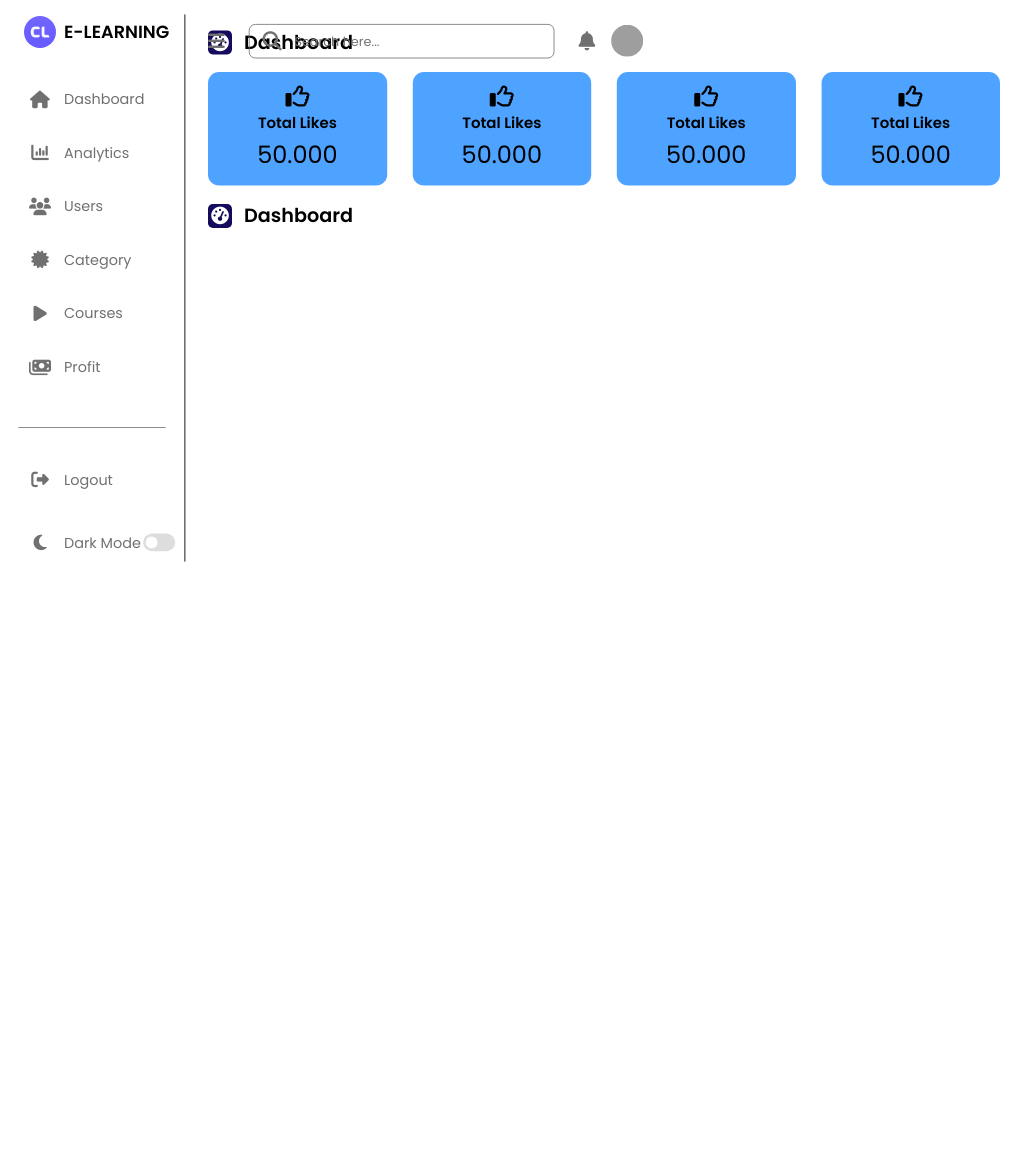
Repository: phamngocthang/practice-html-css
Page: Admin/dist/index.html
These files come from the project's save history. The page is drawn as it stood at one moment and after the next save; the edit follows.
The browser window is 1280 px wide. The pictures show the whole page, at 80% of full size.
Pictures or frames that could not be fetched are drawn as grey boxes. The style sheet was rebuilt from its Sass, Less or Tailwind sources for each picture, by a compiler version that may differ from the author's.

Above is the page before, as saved 2023-10-25 14:24:29.

After the next save:
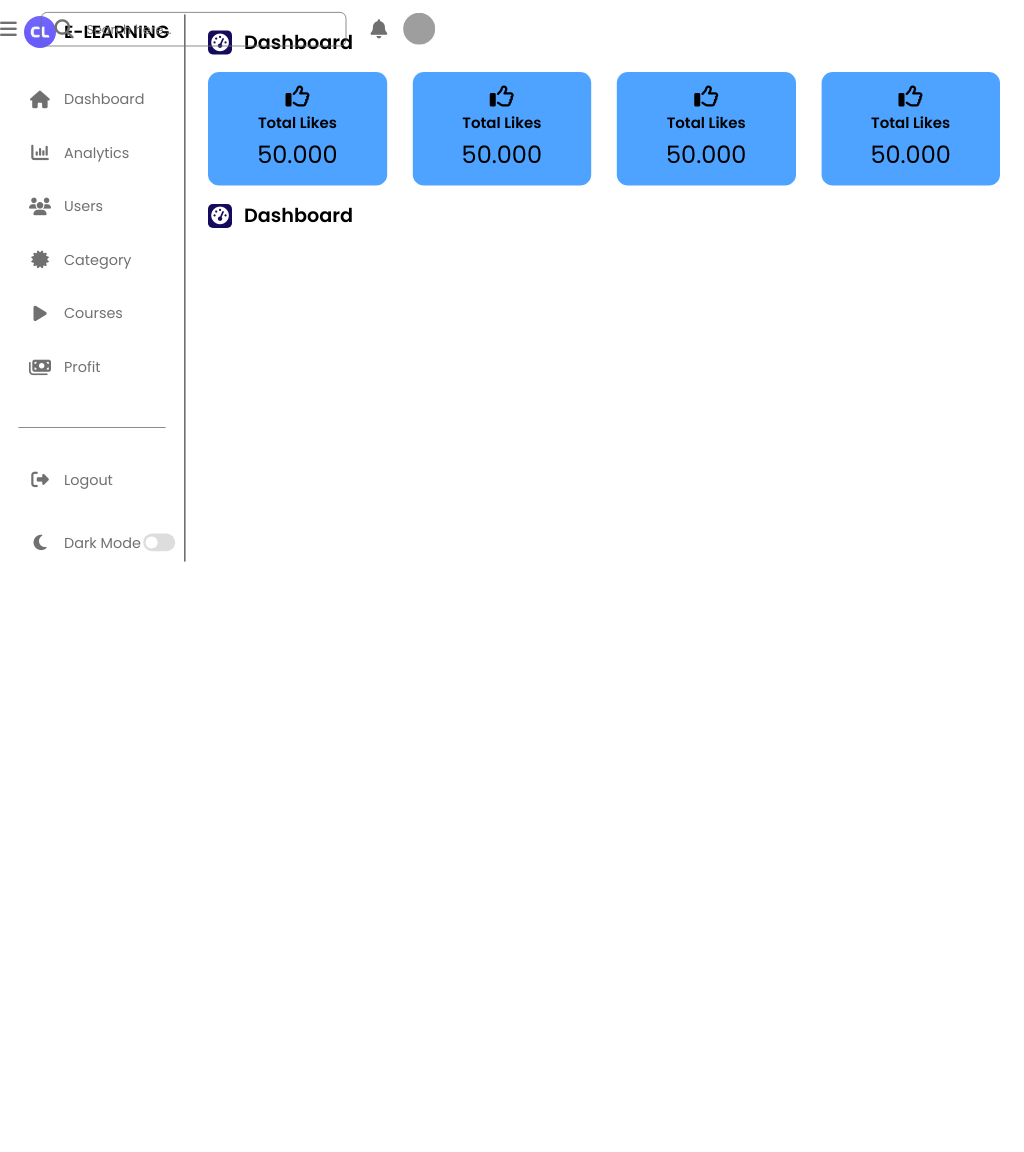
Saved 7 s later.
--- a/Admin/scss/main.scss
+++ b/Admin/scss/main.scss
@@ -231,6 +231,8 @@
 
     .top {
         position: fixed;
+        top: 0;
+        left: 0;
         height: 10%;
         display: flex;
         align-items: center;

After the save that followed:
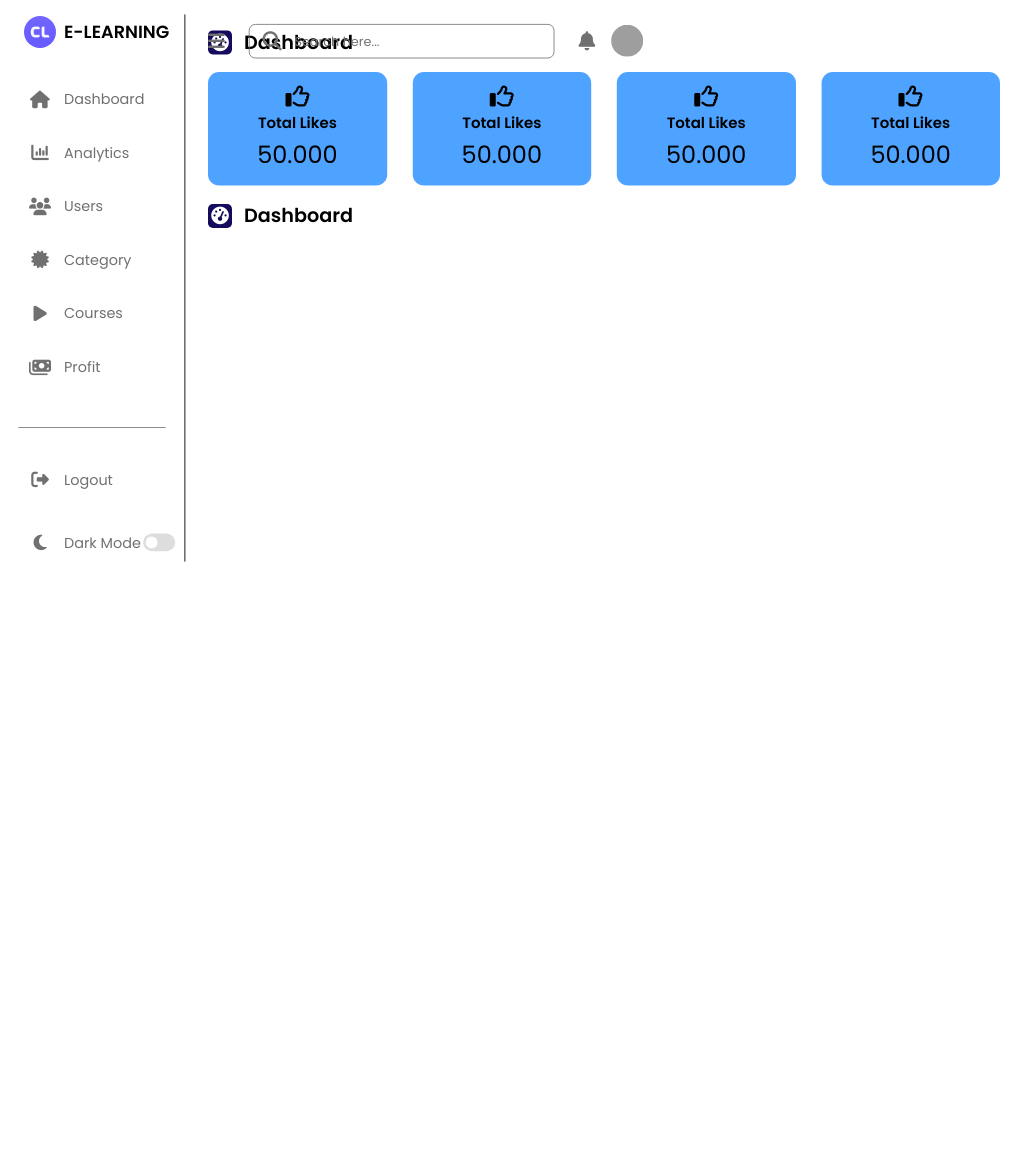
Saved 4 s later.
--- a/Admin/scss/main.scss
+++ b/Admin/scss/main.scss
@@ -231,8 +231,6 @@
 
     .top {
         position: fixed;
-        top: 0;
-        left: 0;
         height: 10%;
         display: flex;
         align-items: center;
